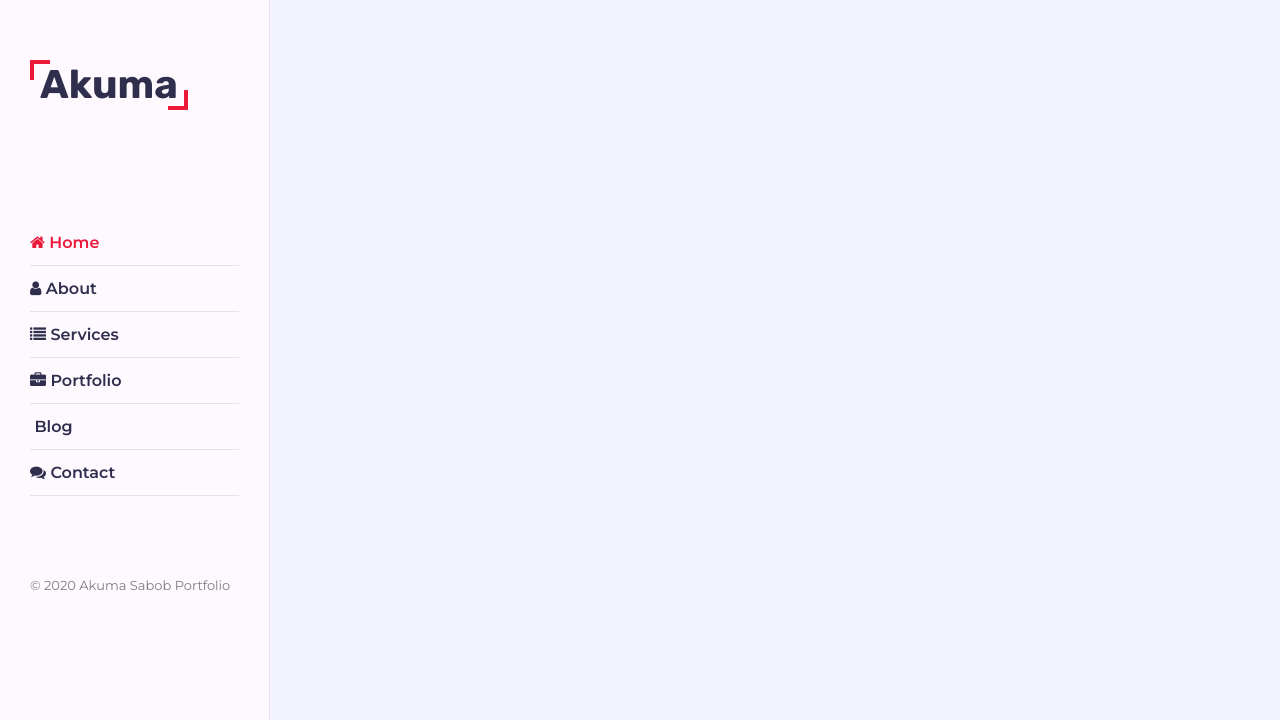
Repository: Akuma001/MY-Portfolio
Page: index.html
The author's editor kept a copy of each file at every save. The page is drawn from the files as they stood at one save, then again after the next save.
The browser window is 1280 px wide. The pictures show the whole page.

Above is the page before, as saved 2020-12-13 13:37:43.

After the next save:
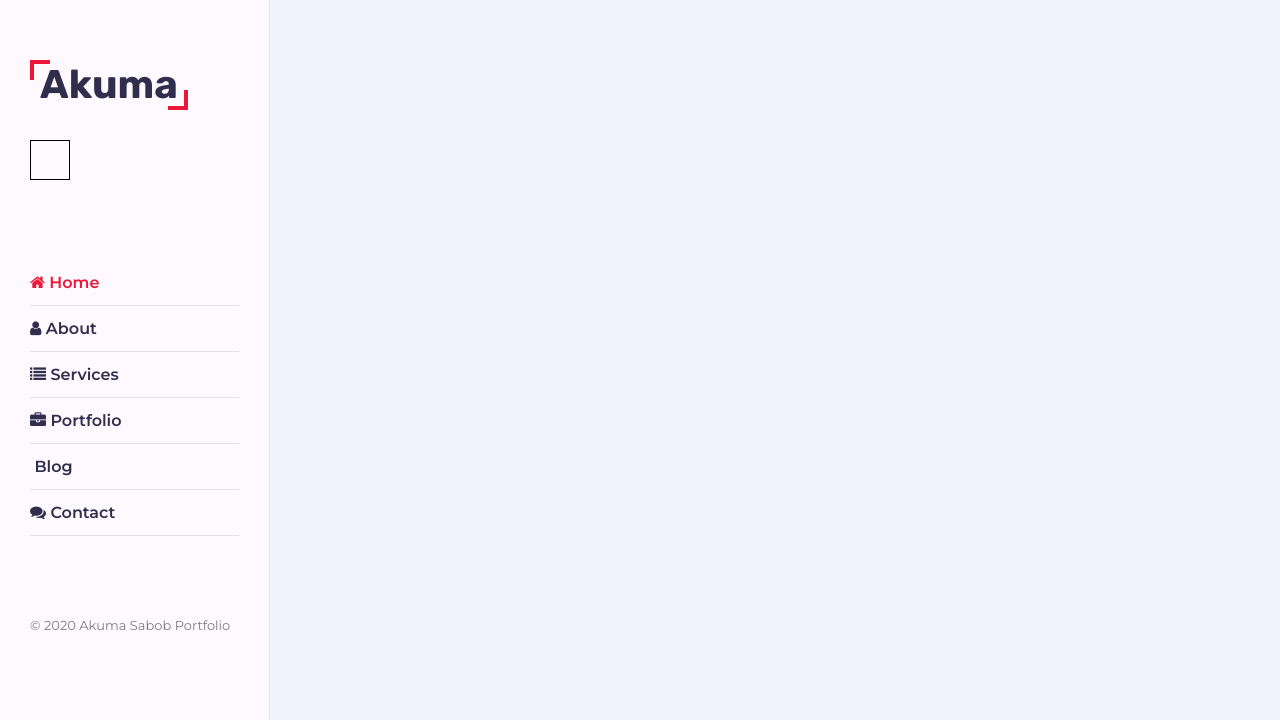
Saved 107 s later.
--- a/css/style.css
+++ b/css/style.css
@@ -77,6 +77,11 @@ body{
     bottom: 0;
     right: 0;
  }
+ .aside .nav-toggler{
+     height: 40px;
+     width: 40px;
+     border: 1px solid;
+ }
  .aside .nav{
      margin: 80px 0;
      list-style: none;
